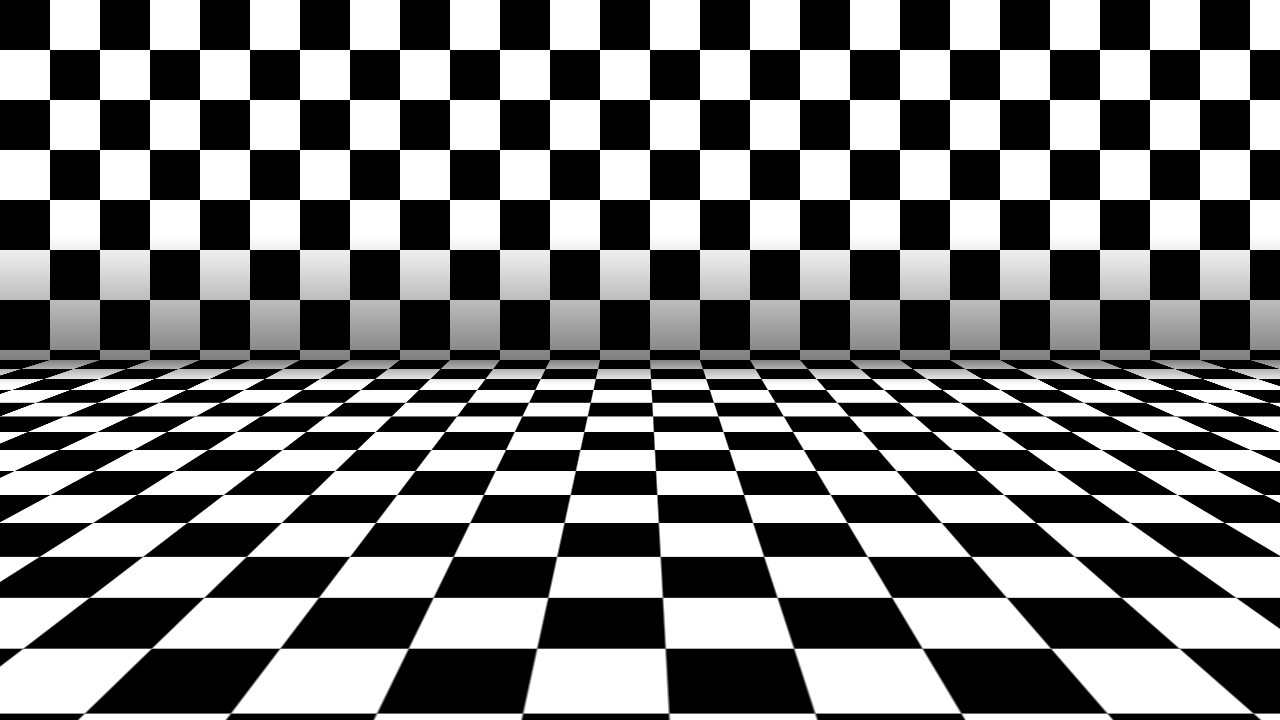
Repository: atwesson/portfoilo
Page: index.html
These files come from the project's save history. The page is drawn as it stood at one moment and after the next save; the edit follows.
The browser window is 1280 px wide. The pictures show the whole page.

Above is the page before, as saved 2021-11-17 10:27:46.

### index.html
<!DOCTYPE html>
<html lang="en">

<head>
    <meta charset="UTF-8">
    <meta http-equiv="X-UA-Compatible" content="IE=edge">
    <meta name="viewport" content="width=device-width, initial-scale=1.0">
    <link href="https://cdn.jsdelivr.net/npm/bootstrap@5.1.3/dist/css/bootstrap.min.css" rel="stylesheet"
        integrity="sha384-1BmE4kWBq78iYhFldvKuhfTAU6auU8tT94WrHftjDbrCEXSU1oBoqyl2QvZ6jIW3" crossorigin="anonymous">
    <link rel="stylesheet" type="text/css" href="style.css">
    <title>portfoilo
    </title>
</head>

<body>
    <section>
        <div class="pattern">
            <div class="face face1">
            </div>
            <div class="face face2"></div>
        </div>
    </section>



    <script src="https://cdn.jsdelivr.net/npm/bootstrap@5.1.3/dist/js/bootstrap.bundle.min.js"
        integrity="sha384-ka7Sk0Gln4gmtz2MlQnikT1wXgYsOg+OMhuP+IlRH9sENBO0LRn5q+8nbTov4+1p"
        crossorigin="anonymous"></script>
    <script src="scripts.js"></script>
</body>

</html>

### style.css
*
{
    margin: 0;
    padding: 0;
}

section{
    position: fixed;
    top: 0;
    left: 0;
    width: 100%;
    height: 100vh;
    overflow: hidden;
}
.pattern
{
    position: relative;
    transform-style: preserve-3d;
    perspective: 1000px;
}

.pattern .face{
    position: relative;
    width: 100%;
    height: 50vh;
    background-image: url(./assets/check.jpg);
    background-size: 100px 100px;
    animation: animate 1s linear infinite;
}

.pattern .face.face2{
    height: 100vh;
    transform-origin: top;
    transform: rotateX(70deg);
}

.pattern .face1:before{
    content: '';
    position: absolute;
    bottom: 0;
    left: 0;
    height: 125px;
    width: 100%;
    height: 125px;
    background: linear-gradient(0deg,rgba(0,0,0,0.5), transparent);
}

.pattern .face2:before{
    content: '';
    position: absolute;
    bottom: top;
    left: 0;
    height: 125px;
    width: 100%;
    height: 125px;
    background: linear-gradient(180deg,rgba(0,0,0,0.5), transparent);
}

Loaded but not shown: scripts.js (no stored copy; drawn as an empty file)

After the next save:
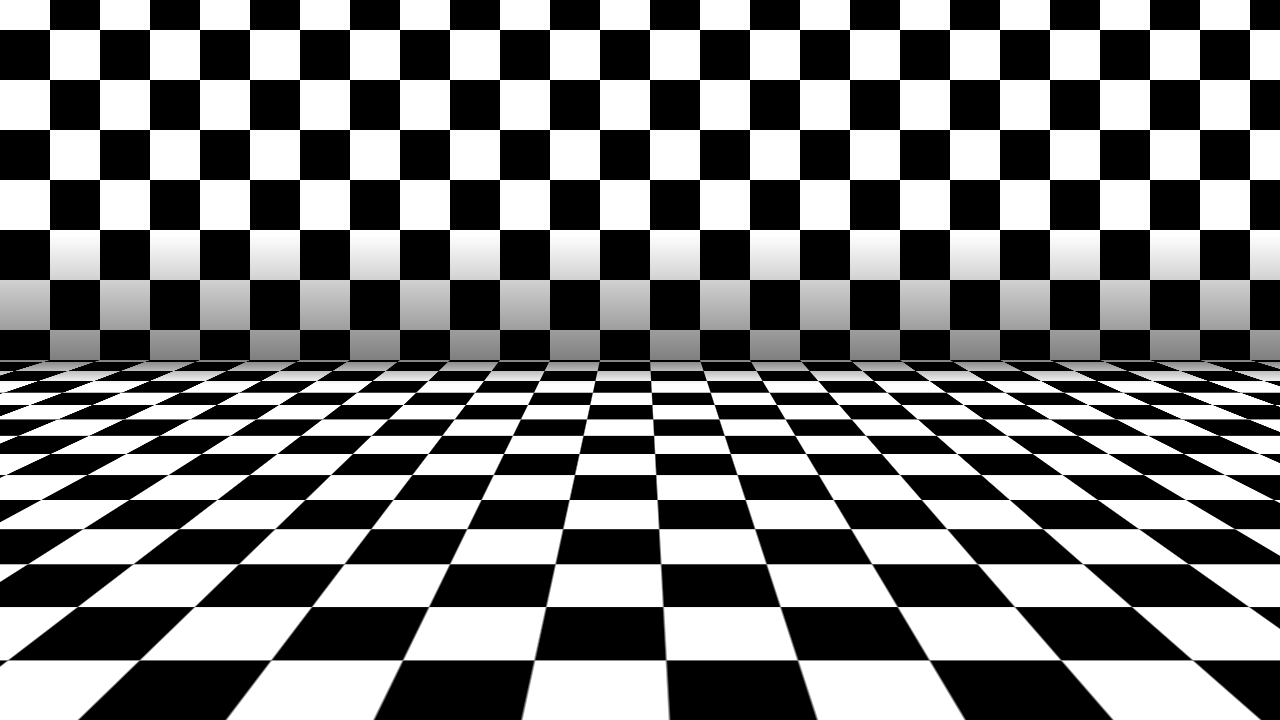
Saved 11 s later.
--- a/style.css
+++ b/style.css
@@ -27,7 +27,14 @@
     background-size: 100px 100px;
     animation: animate 1s linear infinite;
 }
-
+@keyframes animate{
+    0%{
+        background-position: 0;
+    }
+    100%{
+        background-position: 100px;
+    }
+}
 .pattern .face.face2{
     height: 100vh;
     transform-origin: top;

After the 5 saves that followed:
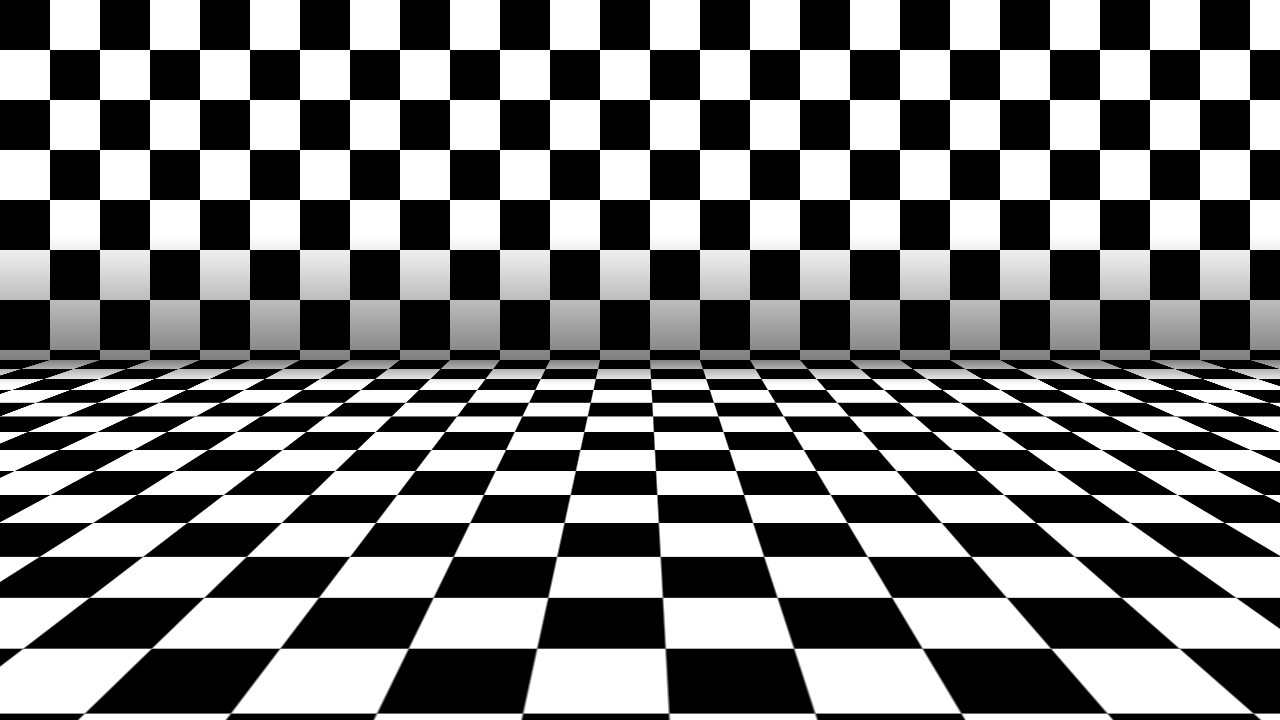
The 5 saves are shown as one change because 2 left the picture as it was and some came seconds apart.
The last was saved 70 s later.
--- a/style.css
+++ b/style.css
@@ -27,14 +27,7 @@
     background-size: 100px 100px;
     animation: animate 1s linear infinite;
 }
-@keyframes animate{
-    0%{
-        background-position: 0;
-    }
-    100%{
-        background-position: 100px;
-    }
-}
+
 .pattern .face.face2{
     height: 100vh;
     transform-origin: top;
